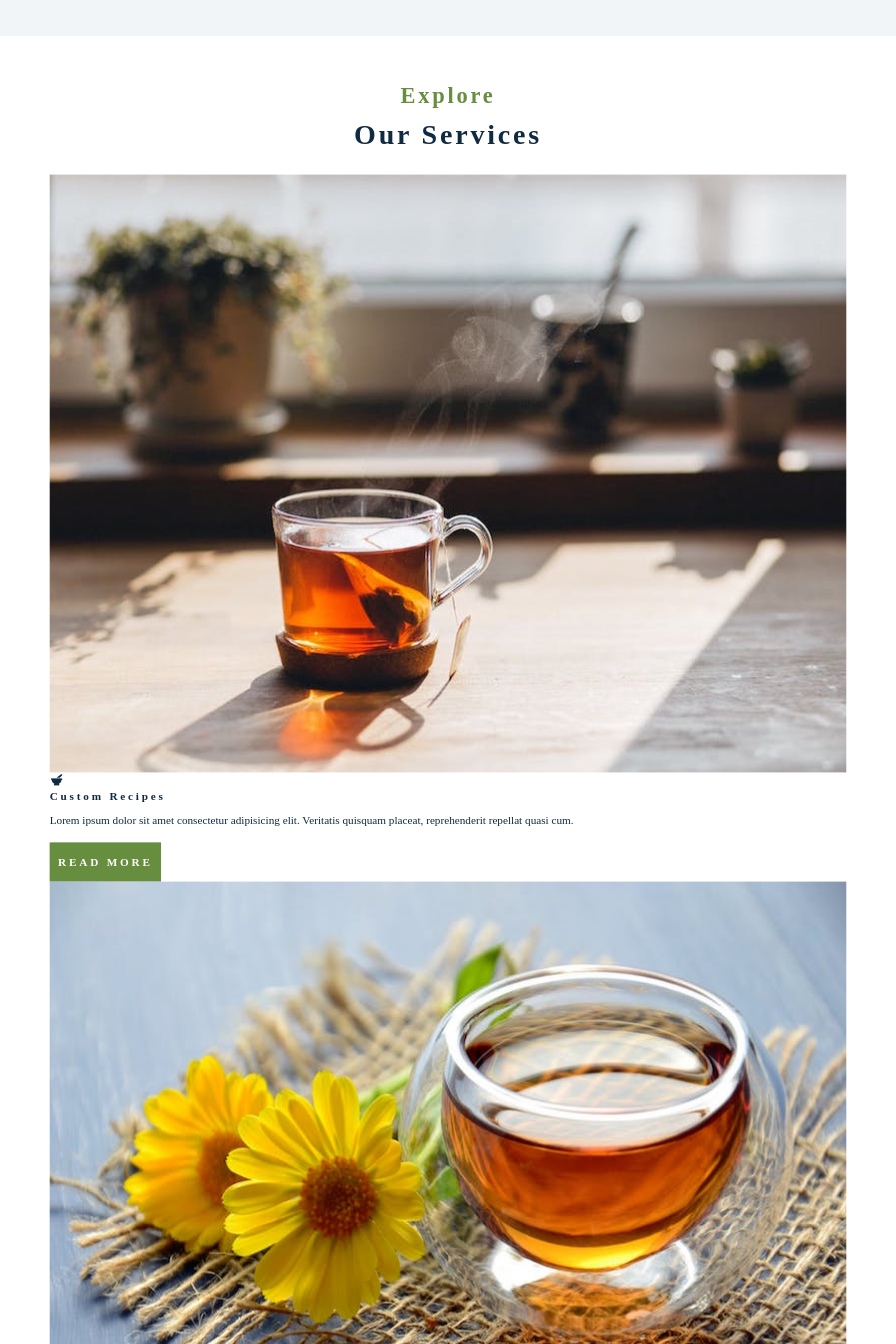
Repository: Ndifoinhilary/building_tea_site
Page: index.html
An editor plug-in stored every save of this project. The page is shown before and after the next save, followed by the edit.
The browser window is 1280 px wide. The pictures show the part of the page from y = 2138 to 4058 px (the page is 6201 px tall before and 6329 px after), at 70% of full size.
Backgrounds fixed to the window are drawn as part of the page. Some web fonts or font styles are not loaded; a fallback is used.

Above is the page before, as saved 2024-01-06 14:06:34.

After the next save:
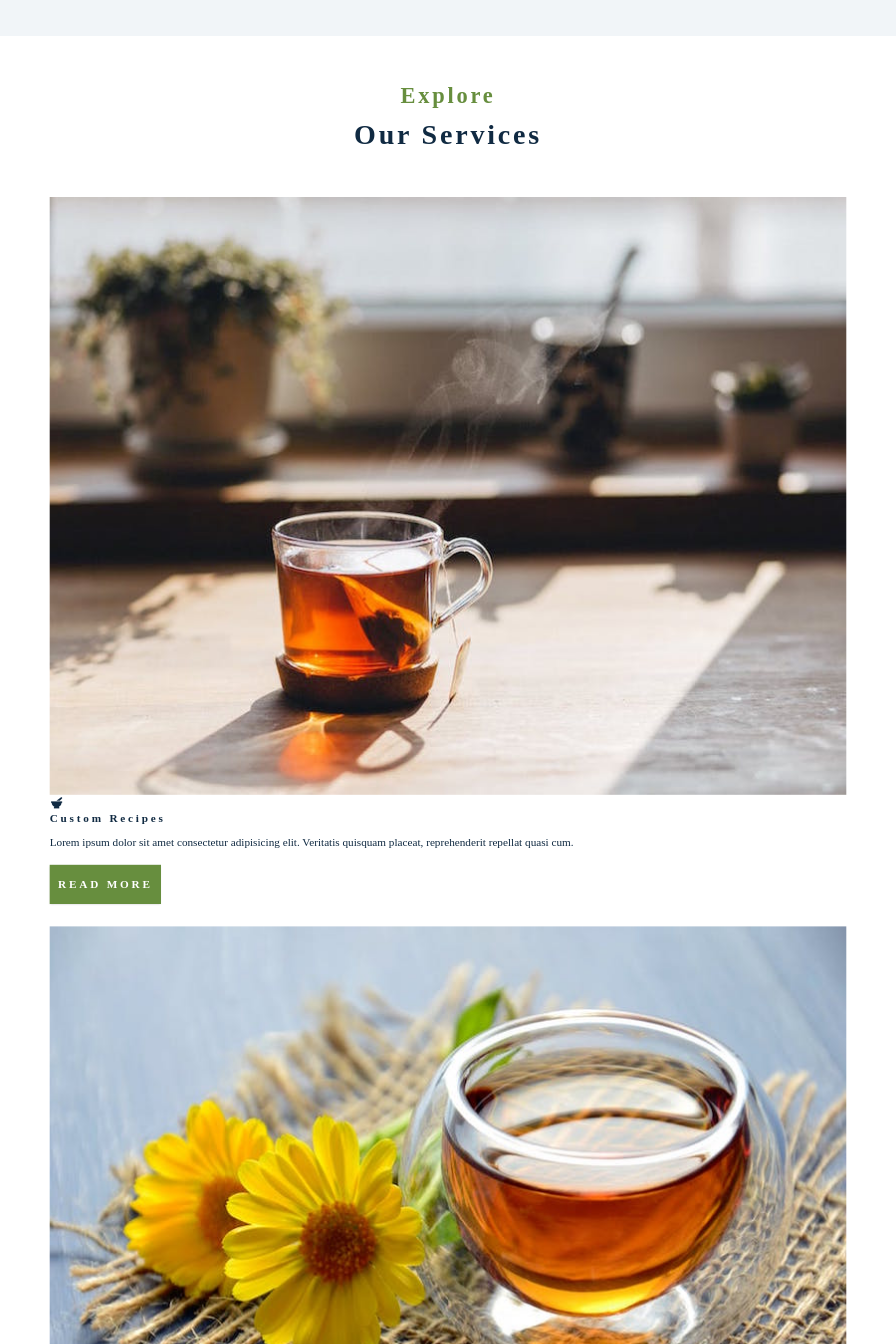
Saved 2 min 15 s later.
--- a/css/styles.css
+++ b/css/styles.css
@@ -343,3 +343,7 @@ services section
   margin-bottom: -4rem;
   text-align: center;
 }
+
+.service-card{
+  margin: 2rem 0;
+}
